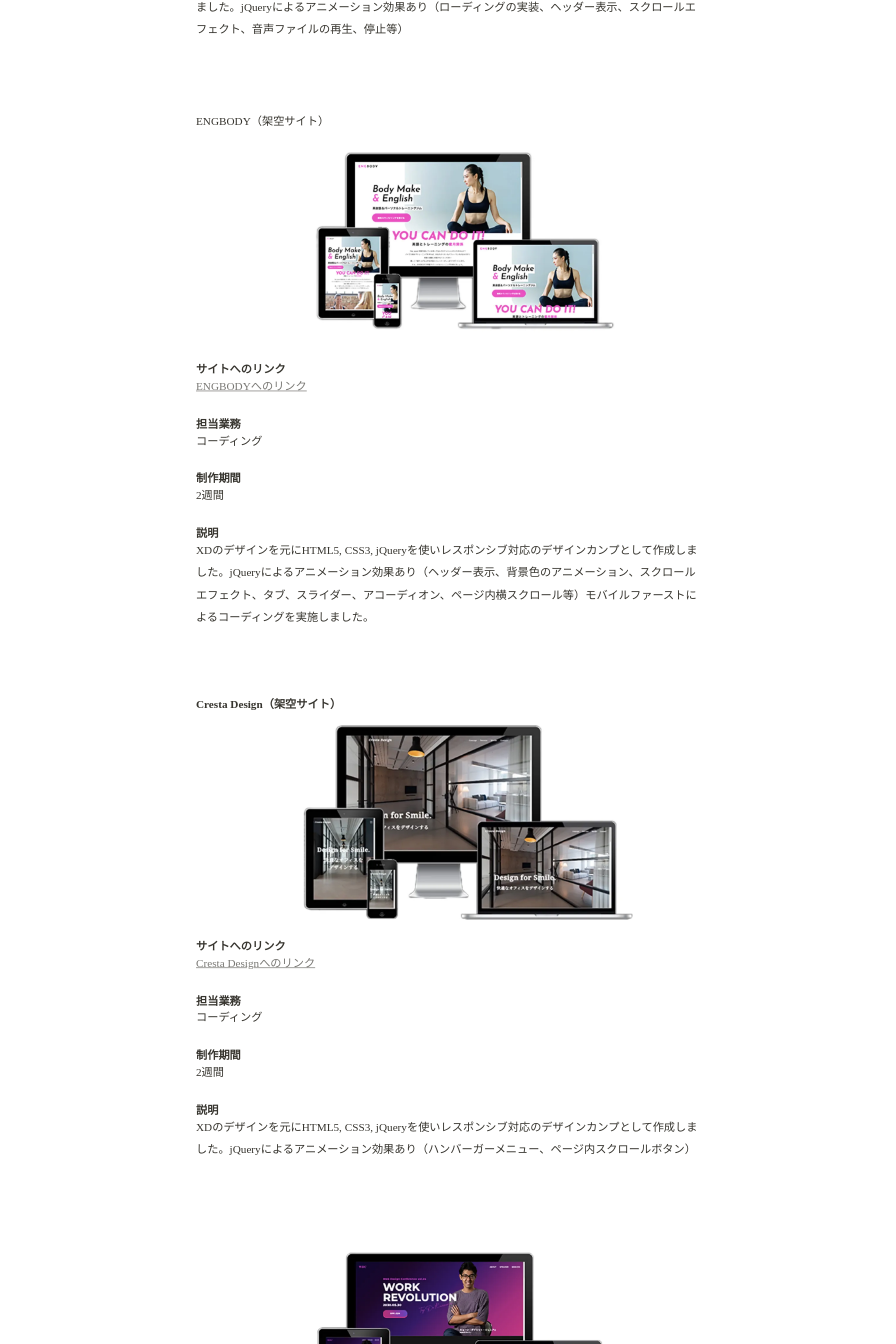
Repository: tetishi/my-portfolio
Page: index.html
An editor plug-in stored every save of this project. The page is shown before and after a run of saves, followed by the edit.
The browser window is 1280 px wide. The pictures show the part of the page from y = 4580 to 6500 px (the page is 11467 px tall), at 70% of full size.
The style sheet was rebuilt from its Sass, Less or Tailwind sources for each picture, by a compiler version that may differ from the author's.

Above is the page before, as saved 2024-05-19 15:56:21.

After the next 2 saves:
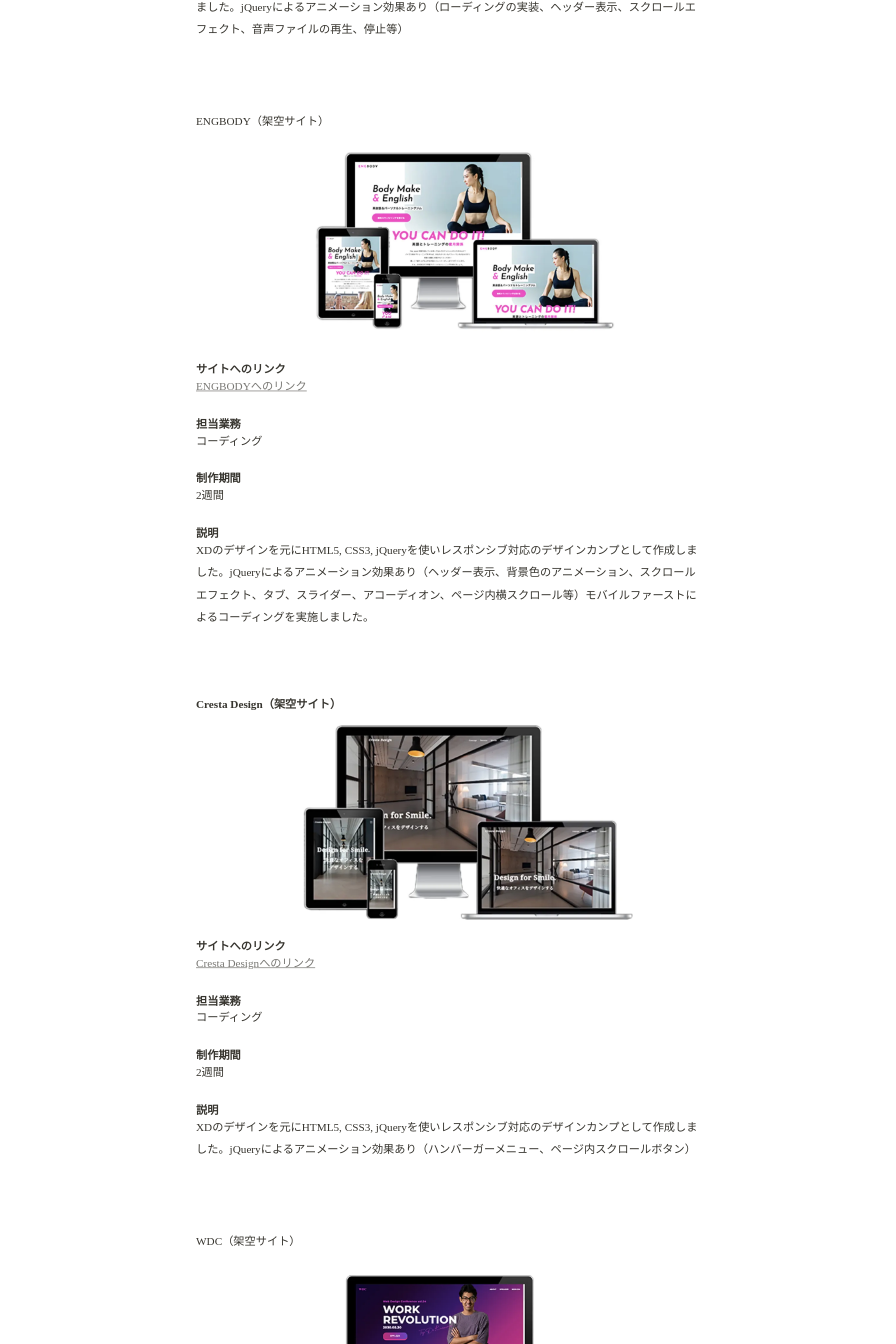
The 2 saves are shown as one change because they came seconds apart.
The last was saved 21 s later.
--- a/index.html
+++ b/index.html
@@ -286,13 +286,14 @@
 
             <!-- 　7作品目 -->
             <div class="work">
+                                <!-- ここ記入 -->
+                                <p class="work_tit">WDC（架空サイト）</p>
+
                 <!-- サイトのイメージ写真を入れます -->
                 <picture>
                     <source srcset="img/wdc@2x.webp" type="image/webp">
                     <img src="img/wdc@2x.png">
                 </picture>
-                <!-- ここ記入 -->
-                <p class="work_tit">WDC（架空サイト）</p>
                 <!-- ここ記入 -->
                 <p class="work_link"><a target="_blank" rel="noopener noreferrer" href="https://tetishi.github.io/wdc/">WDCへのリンク</a></p>
                 <p class="details">＊担当業務</p>
